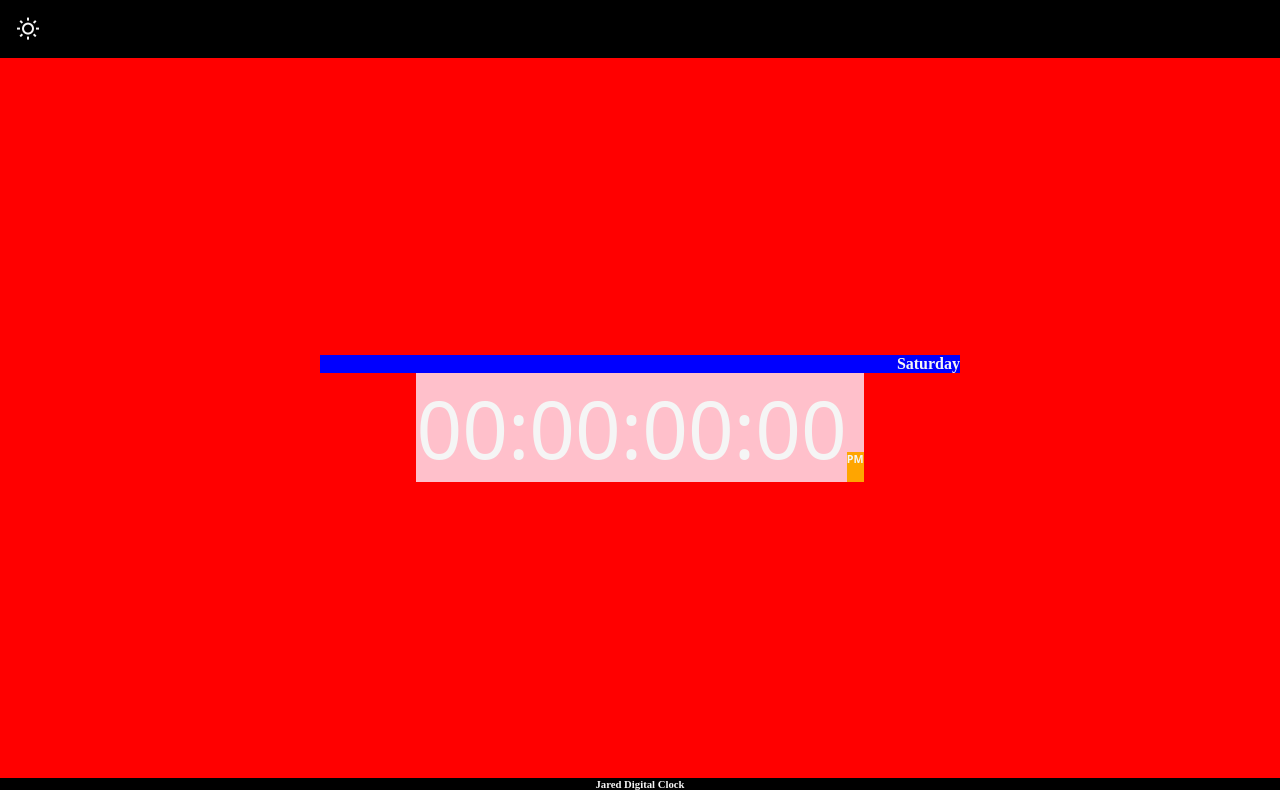
Repository: EguJaredoBoyd/Jared-Digital-Clock
Page: index.html
The author's editor kept a copy of each file at every save. The page is drawn from the files as they stood at one save, then again after the next save.
The browser window is 1280 px wide. The pictures show the whole page.
Some web libraries are served in a nearby version.

Above is the page before, as saved 2026-01-03 23:59:00.

After the next save:
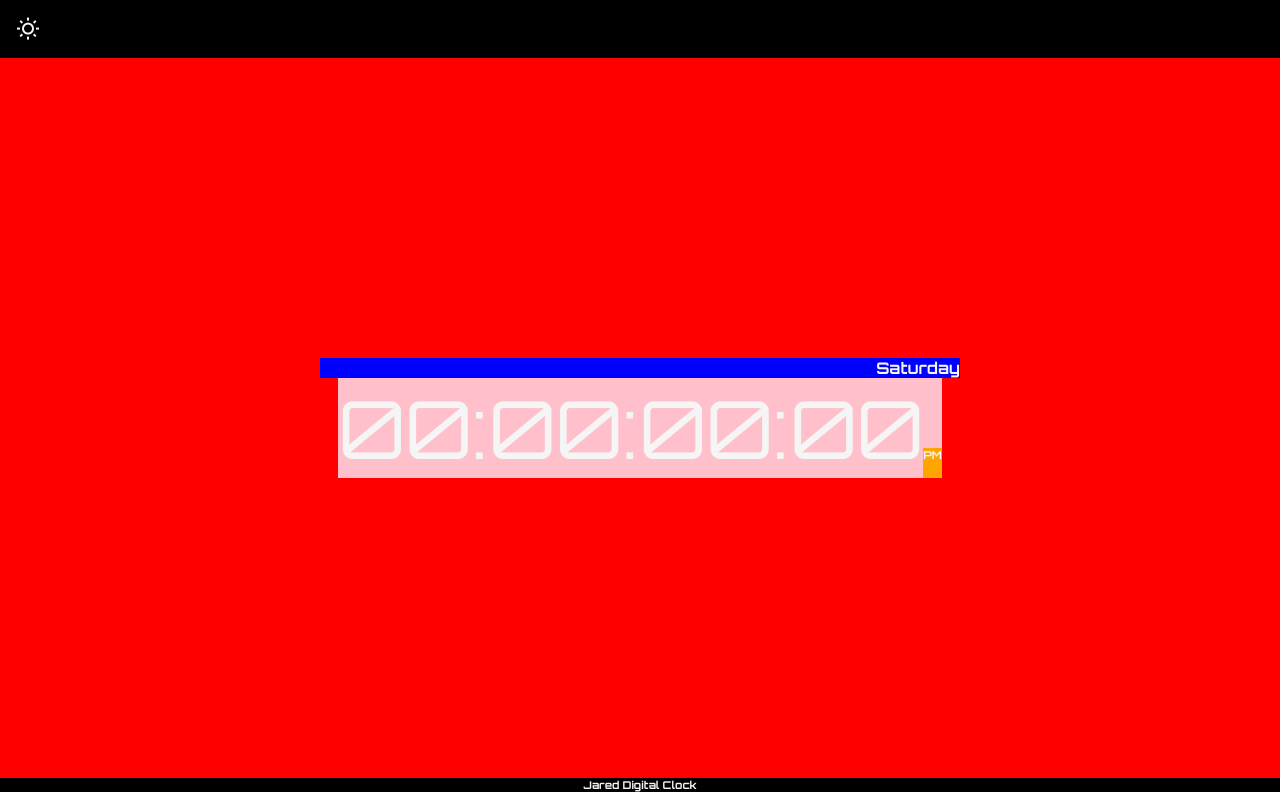
Saved 76 s later.
--- a/css/styles.css
+++ b/css/styles.css
@@ -10,6 +10,7 @@ html {
 body {
   background-color: black;
   color: whitesmoke;
+  font-family: "Orbitron", sans-serif;
 }
 
 header {
@@ -46,8 +47,7 @@ header button i {
 .watch-container__time {
   background-color: pink;
   display: flex;
-  font-family: system-ui, -apple-system, BlinkMacSystemFont, "Segoe UI", Roboto,
-    Oxygen, Ubuntu, Cantarell, "Open Sans", "Helvetica Neue", sans-serif;
+  font-family: orbitron;
 }
 
 .watch-container__time p {
